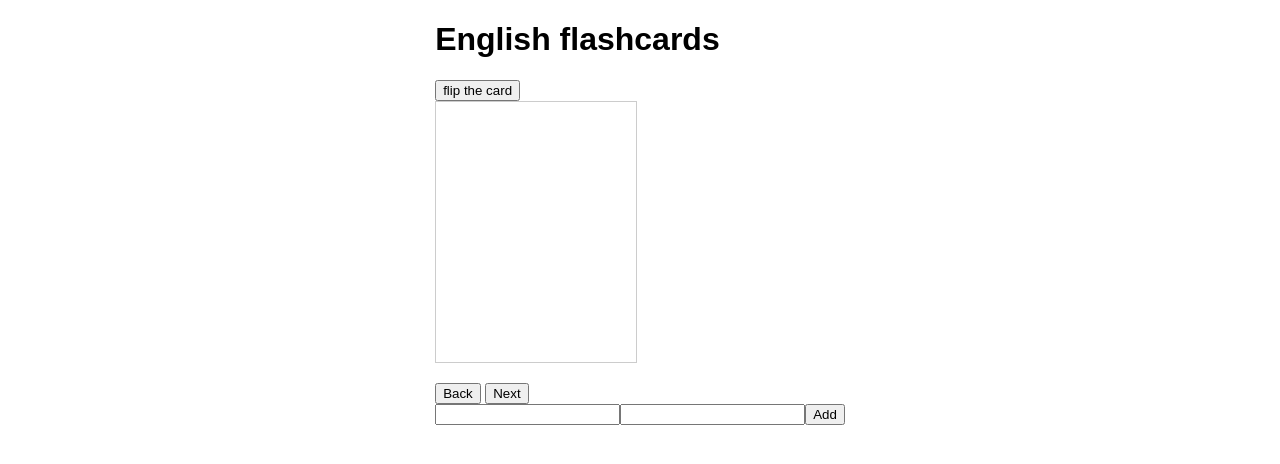
Repository: AdrianGizycki/English-Flashcards
Page: index.html
These files come from the project's save history. The page is drawn as it stood at one moment and after a run of saves; the edit follows.
The browser window is 1280 px wide. The pictures show the whole page.

Above is the page before, as saved 2019-09-17 19:16:30.

After the next 2 saves:
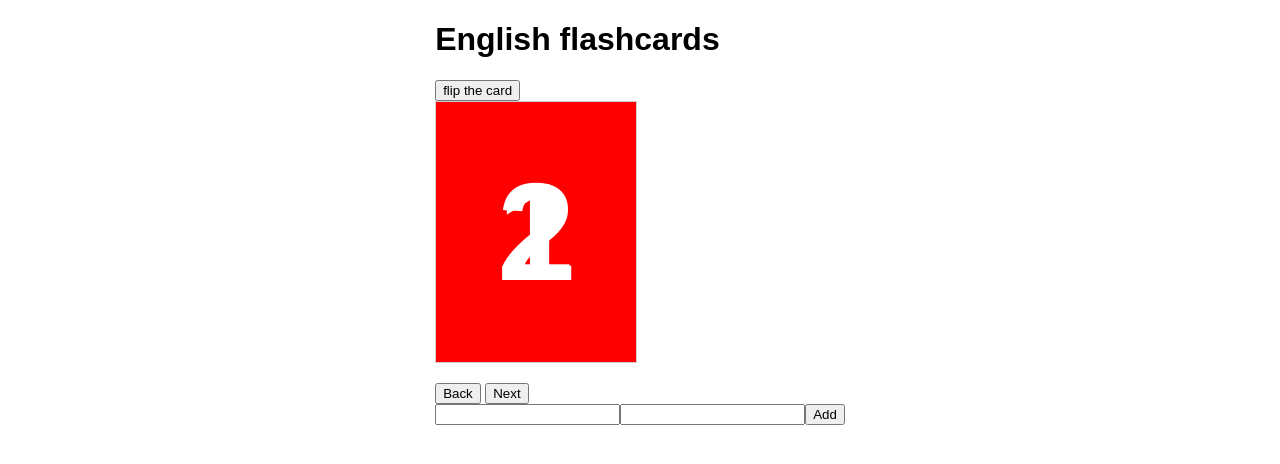
The 2 saves are shown as one change because they came seconds apart.
The last was saved 14 s later.
--- a/style.css
+++ b/style.css
@@ -52,7 +52,7 @@ body {
     -o-backface-visibility: hidden;
     backface-visibility: hidden;
 }
-.flip-card .front {
+.flip-card .flip-card-front {
   background: red;
 }
 .flip-card .back {
